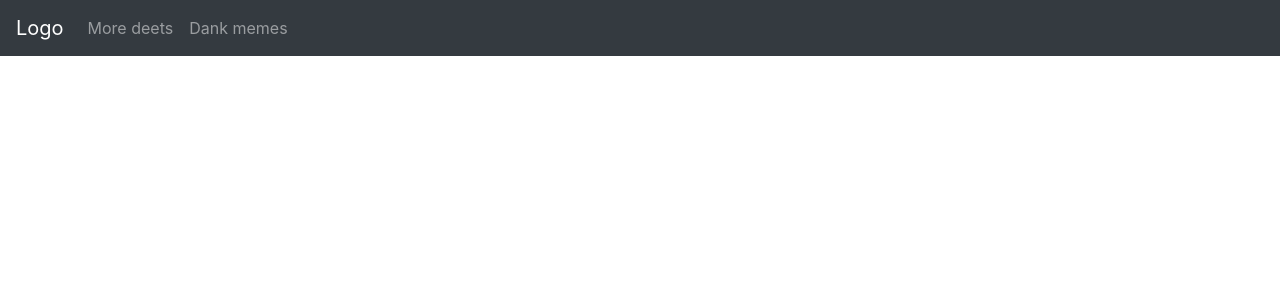
Repository: schweizercode/schweezzy
Page: /
An editor plug-in stored every save of this project. The page is shown before and after the next save, followed by the edit.
The browser window is 1280 px wide. The pictures show the whole page.
The project was rebuilt for these pictures with package versions that can differ from the ones it lists, and the page was loaded fresh each time.

Above is the page before, as saved 2021-04-12 16:31:53.

### public/index.html
<!DOCTYPE html>
<html lang="en">

<head>
  <meta charset="utf-8" />
  <link rel="icon" href="%PUBLIC_URL%/favicon.ico" />
  <meta name="viewport" content="width=device-width, initial-scale=1" />
  <meta name="theme-color" content="#000000" />
  <meta name="description" content="Web site created using create-react-app" />
  <link rel="apple-touch-icon" href="%PUBLIC_URL%/logo192.png" />
  <link rel="stylesheet" href="https://cdn.jsdelivr.net/npm/bootstrap@4.6.0/dist/css/bootstrap.min.css"
    integrity="sha384-B0vP5xmATw1+K9KRQjQERJvTumQW0nPEzvF6L/Z6nronJ3oUOFUFpCjEUQouq2+l" crossorigin="anonymous" />
  <!--
      manifest.json provides metadata used when your web app is installed on a
      user's mobile device or desktop. See https://developers.google.com/web/fundamentals/web-app-manifest/
    -->
  <link rel="manifest" href="%PUBLIC_URL%/manifest.json" />
  <!--
      Notice the use of %PUBLIC_URL% in the tags above.
      It will be replaced with the URL of the `public` folder during the build.
      Only files inside the `public` folder can be referenced from the HTML.

      Unlike "/favicon.ico" or "favicon.ico", "%PUBLIC_URL%/favicon.ico" will
      work correctly both with client-side routing and a non-root public URL.
      Learn how to configure a non-root public URL by running `npm run build`.
    -->
  <title>React App</title>
</head>

<body>
  <noscript>You need to enable JavaScript to run this app.</noscript>
  <div id="root"></div>
  <!--
      This HTML file is a template.
      If you open it directly in the browser, you will see an empty page.

      You can add webfonts, meta tags, or analytics to this file.
      The build step will place the bundled scripts into the <body> tag.

      To begin the development, run `npm start` or `yarn start`.
      To create a production bundle, use `npm run build` or `yarn build`.
    -->
</body>

</html>

### src/App.js
import React from 'react';
import './App.css';
import Navbar from "./Navbar.js"


function App() {
  return (
    <div className="App">
      <Navbar />

    </div>
  );
}

export default App;

### src/Navbar.js
import { React } from 'react';
import * as ReactBootStrap from 'react-bootstrap';


function Nav() {
    return (

        <>
            <ReactBootStrap.Navbar collapseOnSelect expand="lg" bg="dark" variant="dark">
                <ReactBootStrap.Navbar.Brand href="#home">Logo</ReactBootStrap.Navbar.Brand>
                <ReactBootStrap.Navbar.Toggle aria-controls="responsive-navbar-nav" />
                <ReactBootStrap.Navbar.Collapse id="responsive-navbar-nav">
                    {/* <ReactBootStrap.Nav className="mr-auto">
                        <ReactBootStrap.Nav.Link href="#features">Features</ReactBootStrap.Nav.Link>
                        <ReactBootStrap.Nav.Link href="#pricing">Pricing</ReactBootStrap.Nav.Link>
                        <ReactBootStrap.NavDropdown title="Dropdown" id="collasible-nav-dropdown">
                            <ReactBootStrap.NavDropdown.Item href="#action/3.1">Action</ReactBootStrap.NavDropdown.Item>
                            <ReactBootStrap.NavDropdown.Item href="#action/3.2">Another action</ReactBootStrap.NavDropdown.Item>
                            <ReactBootStrap.NavDropdown.Item href="#action/3.3">Something</ReactBootStrap.NavDropdown.Item>
                            <ReactBootStrap.NavDropdown.Divider />
                            <ReactBootStrap.NavDropdown.Item href="#action/3.4">Separated link</ReactBootStrap.NavDropdown.Item>
                        </ReactBootStrap.NavDropdown>
                    </ReactBootStrap.Nav> */}
                    <ReactBootStrap.Nav>
                        <ReactBootStrap.Nav.Link href="#deets">More deets</ReactBootStrap.Nav.Link>
                        <ReactBootStrap.Nav.Link eventKey={2} href="#memes">
                            Dank memes
      </ReactBootStrap.Nav.Link>
                    </ReactBootStrap.Nav>
                </ReactBootStrap.Navbar.Collapse>
            </ReactBootStrap.Navbar>
        </>

    );
}

export default Nav;

Loaded but not shown: src/index.js (common file); src/index.css (common file); src/reportWebVitals.js (common file); src/App.css (common file)

After the next save:
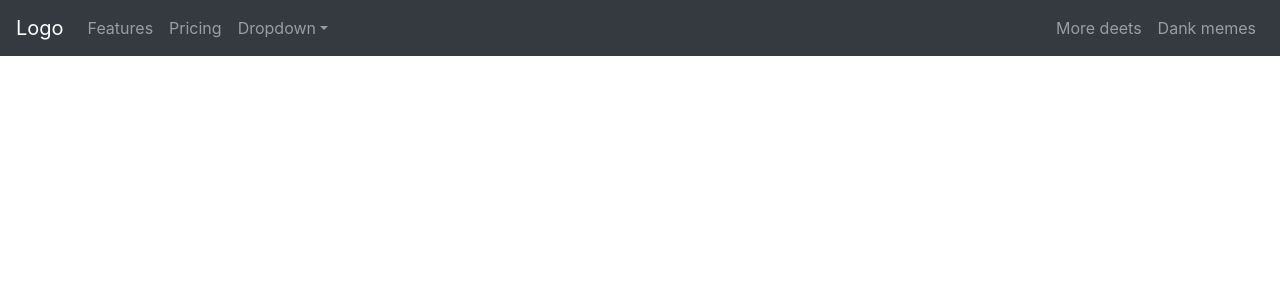
Saved 8 s later.
--- a/src/Navbar.js
+++ b/src/Navbar.js
@@ -10,7 +10,7 @@
                 <ReactBootStrap.Navbar.Brand href="#home">Logo</ReactBootStrap.Navbar.Brand>
                 <ReactBootStrap.Navbar.Toggle aria-controls="responsive-navbar-nav" />
                 <ReactBootStrap.Navbar.Collapse id="responsive-navbar-nav">
-                    {/* <ReactBootStrap.Nav className="mr-auto">
+                    <ReactBootStrap.Nav className="mr-auto">
                         <ReactBootStrap.Nav.Link href="#features">Features</ReactBootStrap.Nav.Link>
                         <ReactBootStrap.Nav.Link href="#pricing">Pricing</ReactBootStrap.Nav.Link>
                         <ReactBootStrap.NavDropdown title="Dropdown" id="collasible-nav-dropdown">
@@ -20,7 +20,7 @@
                             <ReactBootStrap.NavDropdown.Divider />
                             <ReactBootStrap.NavDropdown.Item href="#action/3.4">Separated link</ReactBootStrap.NavDropdown.Item>
                         </ReactBootStrap.NavDropdown>
-                    </ReactBootStrap.Nav> */}
+                    </ReactBootStrap.Nav>
                     <ReactBootStrap.Nav>
                         <ReactBootStrap.Nav.Link href="#deets">More deets</ReactBootStrap.Nav.Link>
                         <ReactBootStrap.Nav.Link eventKey={2} href="#memes">
